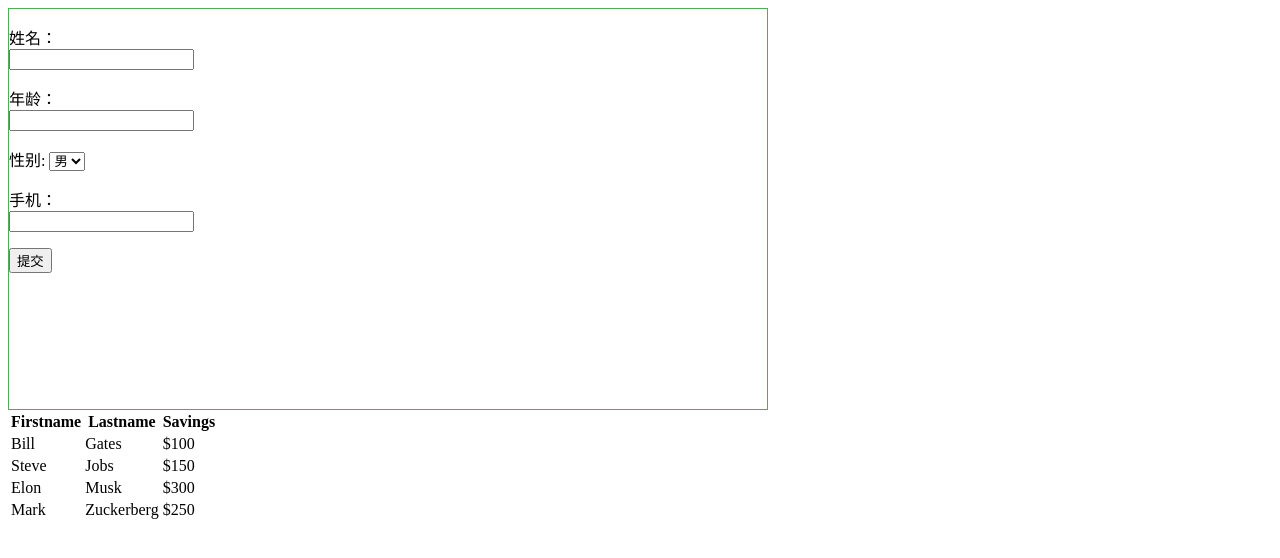
Repository: 1404413577/jsdemo
Page: small-demo/录入信息.html
The author's editor kept a copy of each file at every save. The page is drawn from the files as they stood at one save, then again after the next save.
The browser window is 1280 px wide. The pictures show the whole page.

Above is the page before, as saved 2022-11-20 16:37:33.

After the next save:
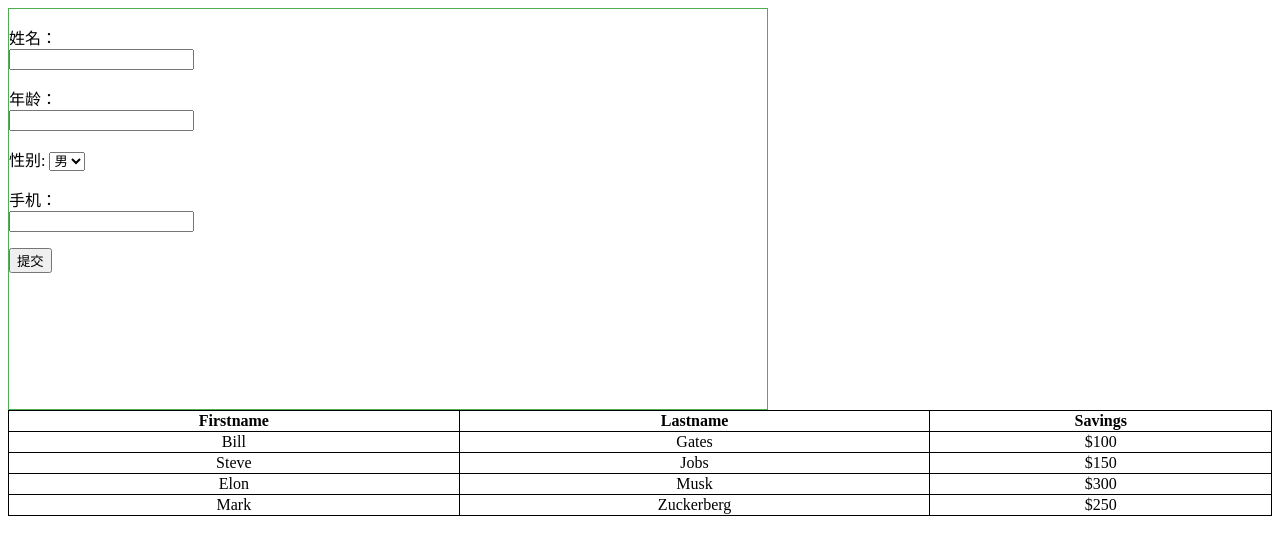
Saved 21 s later.
--- a/small-demo/录入信息.html
+++ b/small-demo/录入信息.html
@@ -7,7 +7,20 @@
     <meta name="viewport" content="width=device-width, initial-scale=1.0">
     <title>Document</title>
     <style>
+        table,
+        td,
+        th {
+            border: 1px solid black;
+        }
 
+        table {
+            border-collapse: collapse;
+            width: 100%;
+        }
+
+        td {
+            text-align: center;
+        }
 
         .main {
             width: 60%;
@@ -18,7 +31,6 @@
         .main input {
             display: block;
         }
-
     </style>
 </head>
 
@@ -48,31 +60,31 @@
 
     <table>
         <tr>
-          <th>Firstname</th>
-          <th>Lastname</th>
-          <th>Savings</th>
+            <th>Firstname</th>
+            <th>Lastname</th>
+            <th>Savings</th>
         </tr>
         <tr>
-          <td>Bill</td>
-          <td>Gates</td>
-          <td>$100</td>
+            <td>Bill</td>
+            <td>Gates</td>
+            <td>$100</td>
         </tr>
         <tr>
-          <td>Steve</td>
-          <td>Jobs</td>
-          <td>$150</td>
+            <td>Steve</td>
+            <td>Jobs</td>
+            <td>$150</td>
         </tr>
         <tr>
-          <td>Elon</td>
-          <td>Musk</td>
-          <td>$300</td>
+            <td>Elon</td>
+            <td>Musk</td>
+            <td>$300</td>
         </tr>
         <tr>
-          <td>Mark</td>
-          <td>Zuckerberg</td>
-          <td>$250</td>
+            <td>Mark</td>
+            <td>Zuckerberg</td>
+            <td>$250</td>
         </tr>
-      </table>
+    </table>
 </body>
 <script>
 
